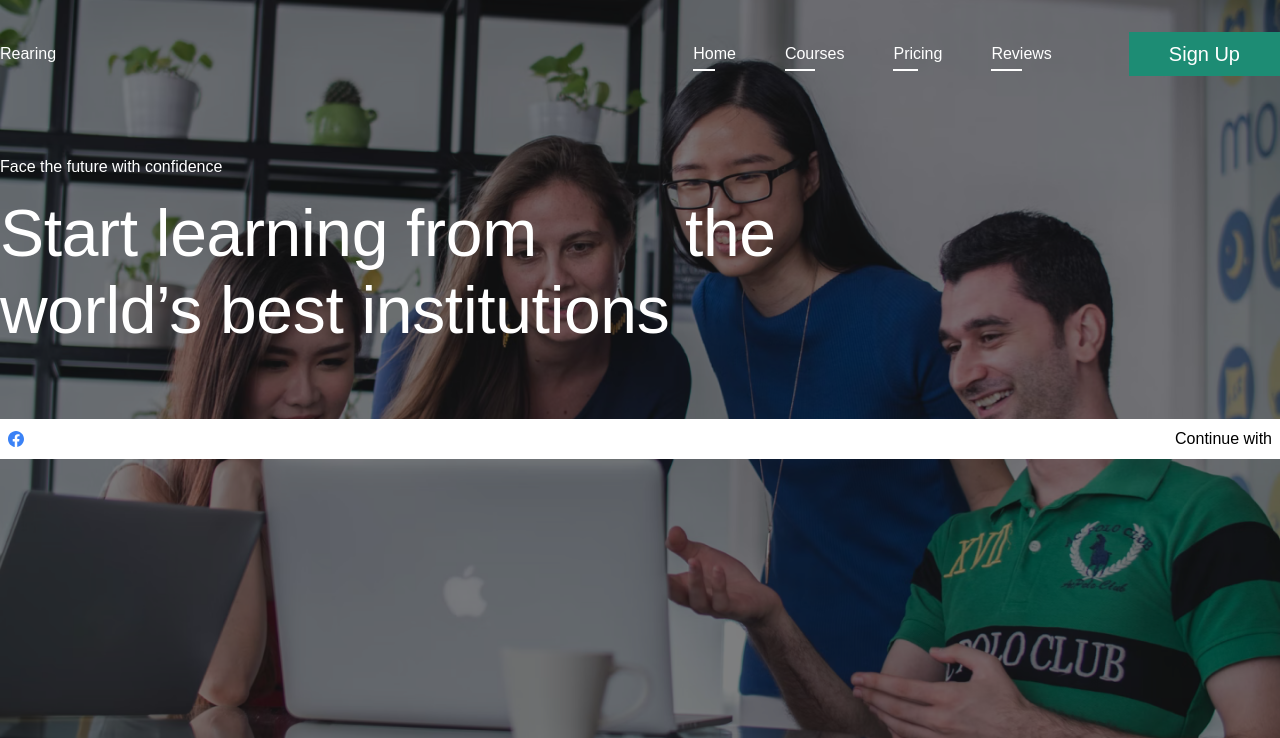
Repository: vandangnhathung/educationplatform
Page: /
These files come from the project's save history. The page is drawn as it stood at one moment and after the next save; the edit follows.
The browser window is 1280 px wide. The pictures show the whole page.
The project was rebuilt for these pictures with package versions that can differ from the ones it lists, and the page was loaded fresh each time.

Above is the page before, as saved 2022-06-20 23:24:38.

### src/index.js
import React from "react";
import ReactDOM from "react-dom/client";
import App from "./App";
import reportWebVitals from "./reportWebVitals";
import "./index.css";
const root = ReactDOM.createRoot(document.getElementById("root"));
root.render(
  <React.StrictMode>
    <App />
  </React.StrictMode>
);

// If you want to start measuring performance in your app, pass a function
// to log results (for example: reportWebVitals(console.log))
// or send to an analytics endpoint. Learn more: https://bit.ly/CRA-vitals
reportWebVitals();

### src/App.js
import Header from "./components/Header";

function App() {
  return (
    <>
      <Header></Header>
    </>
  );
}

export default App;

### src/index.css
@tailwind base;
@tailwind components;
@tailwind utilities;
@import url("https://fonts.googleapis.com/css2?family=Urbanist:wght@100;200;300;400;500;600;700;800&display=swap");
*,
*::before,
*::after {
  box-sizing: border-box;
}
* {
  margin: 0;
  padding: 0;
}

html,
body {
  height: 100%;
}
body {
  line-height: 1.5;
  font-family: "Urbanist", sans-serif;
}

img,
picture,
video,
canvas,
svg {
  display: block;
  max-width: 100%;
}
input,
button,
textarea,
select {
  font: inherit;
  outline: none;
}
p,
h1,
h2,
h3,
h4,
h5,
h6 {
  overflow-wrap: break-word;
}

.container {
  max-width: 1280px;
  margin: 0 auto;
  width: 100%;
}

.active {
  position: relative;
}

.active::before {
  content: "";
  display: block;
  position: absolute;
  bottom: -5px;
  width: 50%;
  padding: 1px;
  left: 0;
  background-color: #fff;
}

### src/components/Header.js
import React, { useEffect } from "react";
import headerImg from "../images/Images.png";
import SignInSocial from "./button/SignInSocial";
const Header = () => {
  const headerNav = [
    {
      id: 1,
      title: "Home",
    },
    {
      id: 2,
      title: "Courses",
    },
    {
      id: 3,
      title: "Pricing",
    },
    {
      id: 4,
      title: "Reviews",
    },
  ];
  return (
    <header>
      <div className="relative">
        <img src={headerImg} alt="header_img" className="w-full" />
        <div className="absolute inset-0 bg-black opacity-50"></div>
        <div class="absolute top-0  left-0 right-0 ">
          <div class="container">
            <div className="pt-8 mb-[79px] header-top text-white flex items-center justify-between">
              <h1 className="">Rearing</h1>
              <div className="flex items-center">
                <nav className="mr-[77px]">
                  <ul className="flex items-center  gap-x-[49px] ">
                    {headerNav.map((item) => (
                      <li className="active cursor-pointer" key={item.id}>
                        {item.title}
                      </li>
                    ))}
                  </ul>
                </nav>
                <button className="py-2 px-10 bg-[#1D8C74] text-white text-xl ">
                  Sign Up
                </button>
              </div>
            </div>

            <div className="slogan text-white mb-[70px]">
              <h3 className="text-base mb-4">
                Face the future with confidence
              </h3>
              <h1 className="desc max-w-[777px] text-[66px] leading-[77px] w-full tracking-[-0.02rem] font-medium">
                Start learning from{" "}
                <span className="inline-block mr-28 "></span>{" "}
                <p className="inline-block">the</p> world’s best institutions
              </h1>
            </div>

            <div className="signup">
              <SignInSocial></SignInSocial>
            </div>
          </div>
        </div>
      </div>
    </header>
  );
};

export default Header;

### src/components/button/SignInSocial.js
import React from "react";
import styled from "styled-components";
import { BsFacebook } from "react-icons/bs";

const SignInSocialStyles = styled.div`
  display: flex;
  justify-content: space-between;
  align-items: center;
  padding: 8px;
  background-color: #fff;
`;
const SignInSocial = ({ name = "", icon = <BsFacebook></BsFacebook> }) => {
  return (
    <SignInSocialStyles>
      <span className="inline-block text-blue-500">{icon}</span>
      <p className="">Continue with {name}</p>
    </SignInSocialStyles>
  );
};

export default SignInSocial;

Loaded but not shown: public/index.html (common file); src/reportWebVitals.js (common file); tailwind.config.js (common file)

After the next save:
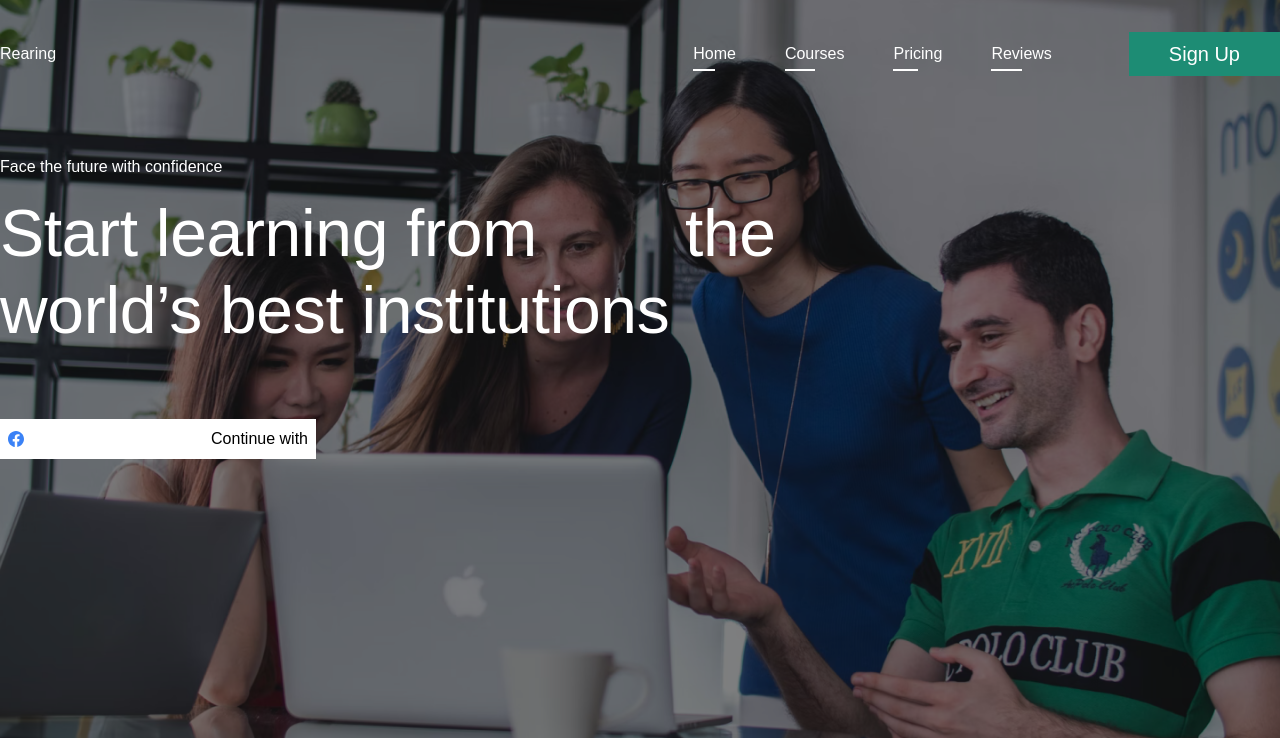
Saved 22 s later.
--- a/src/components/button/SignInSocial.js
+++ b/src/components/button/SignInSocial.js
@@ -8,6 +8,8 @@ const SignInSocialStyles = styled.div`
   align-items: center;
   padding: 8px;
   background-color: #fff;
+  max-width: 316px;
+  width: 100%;
 `;
 const SignInSocial = ({ name = "", icon = <BsFacebook></BsFacebook> }) => {
   return (
